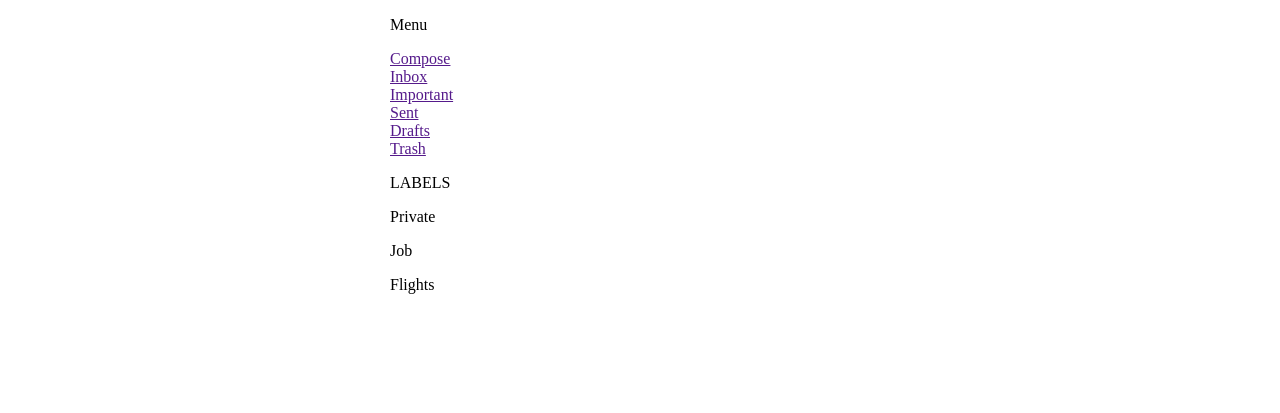
Repository: Gumiin/studia
Page: lesson4/index.html
An editor plug-in stored every save of this project. The page is shown before and after the next save, followed by the edit.
The browser window is 1280 px wide. The pictures show the whole page.

Above is the page before, as saved 2021-04-07 17:33:40.

After the next save:
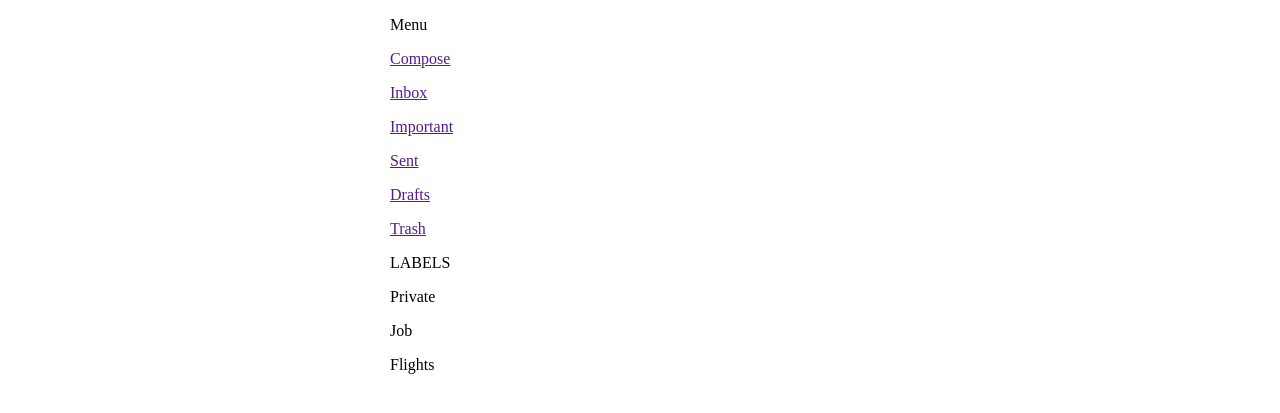
Saved 109 s later.
--- a/lesson4/index.html
+++ b/lesson4/index.html
@@ -12,11 +12,11 @@
         <p>Menu</p>
         <a href=""><div id="compose">Compose</div></a>
         <nav>
-            <a href=""><div>Inbox</div></a>
-            <a href=""><div>Important</div></a>
-            <a href=""><div>Sent</div></a>
-            <a href=""><div>Drafts</div></a>
-            <a href=""><div>Trash</div></a>
+            <p><a href=""><div>Inbox</div></a></p>
+            <p><a href=""><div>Important</div></a></p>
+            <p><a href=""><div>Sent</div></a></p>
+            <p><a href=""><div>Drafts</div></a></p>
+            <p><a href=""><div>Trash</div></a></p>
         </nav>
         <p>LABELS</p>
         <div id="labels">

After the save that followed:
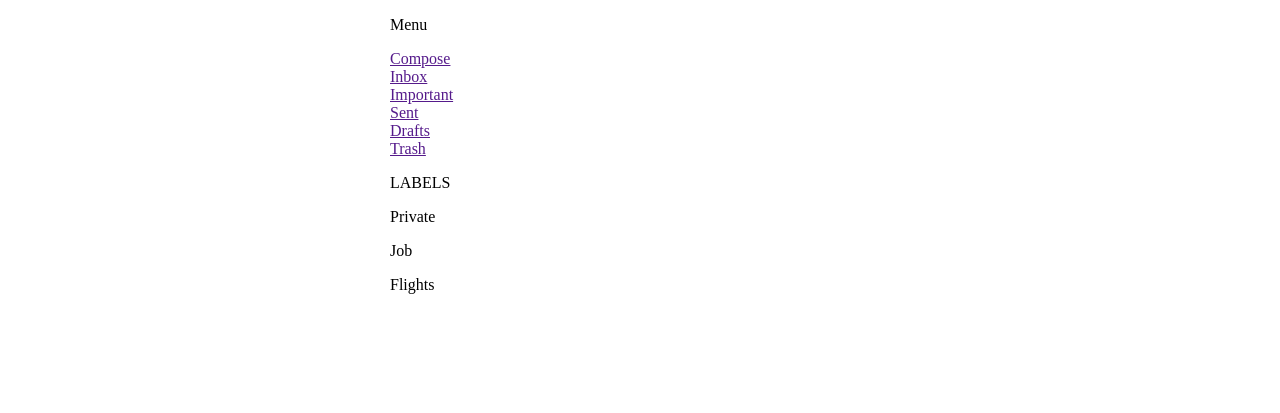
Saved 44 s later.
--- a/lesson4/index.html
+++ b/lesson4/index.html
@@ -12,11 +12,11 @@
         <p>Menu</p>
         <a href=""><div id="compose">Compose</div></a>
         <nav>
-            <p><a href=""><div>Inbox</div></a></p>
-            <p><a href=""><div>Important</div></a></p>
-            <p><a href=""><div>Sent</div></a></p>
-            <p><a href=""><div>Drafts</div></a></p>
-            <p><a href=""><div>Trash</div></a></p>
+            <a href=""><div class="menu">Inbox</div></a>
+            <a href=""><div class="menu">Important</div></a>
+            <a href=""><div class="menu">Sent</div></a>
+            <a href=""><div class="menu">Drafts</div></a>
+            <a href=""><div class="menu">Trash</div></a>
         </nav>
         <p>LABELS</p>
         <div id="labels">
